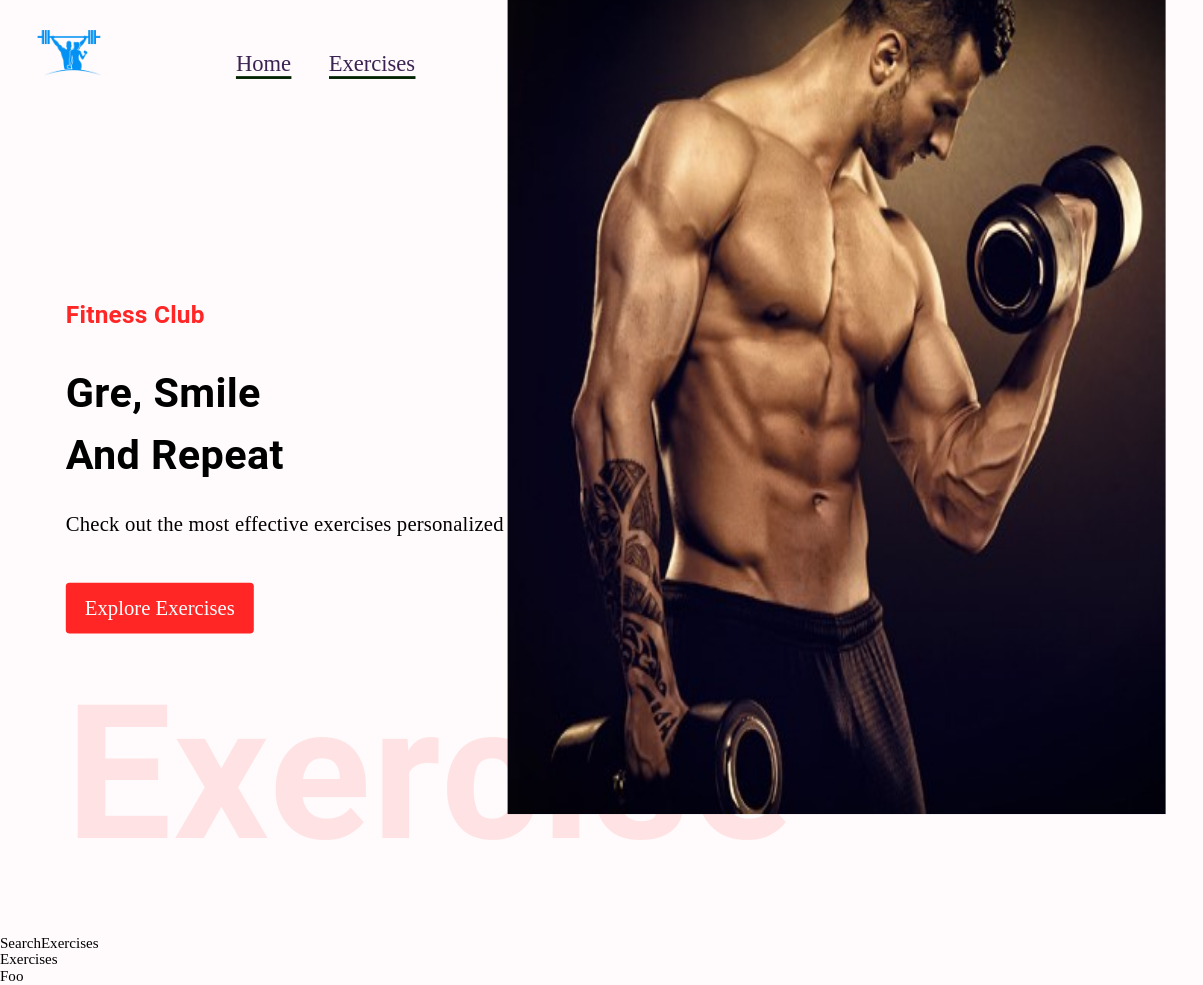
Repository: MhlengiNgubane/Workout-App
Page: /
These files come from the project's save history. The page is drawn as it stood at one moment and after the next save; the edit follows.
The browser window is 1280 px wide. The pictures show the whole page, at 94% of full size.
The project was rebuilt for these pictures with package versions that can differ from the ones it lists, and the page was loaded fresh each time. Also part of the build but not shown: src/pages/ExerciseDetail.js.

Above is the page before, as saved 2022-07-31 19:56:01.

### public/index.html
<!DOCTYPE html>
<html lang="en">
  <head>
    <meta charset="utf-8" />
    <link rel="icon" href="%PUBLIC_URL%/favicon.ico" />
    <meta name="viewport" content="width=device-width, initial-scale=1" />
    <meta name="theme-color" content="#000000" />
    <meta
      name="description"
      content="Web site created using create-react-app"
    />
    <link rel="apple-touch-icon" href="%PUBLIC_URL%/logo192.png" />
    <!--
      manifest.json provides metadata used when your web app is installed on a
      user's mobile device or desktop. See https://developers.google.com/web/fundamentals/web-app-manifest/
    -->
    <link rel="manifest" href="%PUBLIC_URL%/manifest.json" />
    <!--
      Notice the use of %PUBLIC_URL% in the tags above.
      It will be replaced with the URL of the `public` folder during the build.
      Only files inside the `public` folder can be referenced from the HTML.

      Unlike "/favicon.ico" or "favicon.ico", "%PUBLIC_URL%/favicon.ico" will
      work correctly both with client-side routing and a non-root public URL.
      Learn how to configure a non-root public URL by running `npm run build`.
    -->
    <title>MSN GYM</title>
  </head>
  <body>
    <noscript>You need to enable JavaScript to run this app.</noscript>
    <div id="root"></div>
    <!--
      This HTML file is a template.
      If you open it directly in the browser, you will see an empty page.

      You can add webfonts, meta tags, or analytics to this file.
      The build step will place the bundled scripts into the <body> tag.

      To begin the development, run `npm start` or `yarn start`.
      To create a production bundle, use `npm run build` or `yarn build`.
    -->
  </body>
</html>

### src/index.js
import React from 'react';
import ReactDOM from 'react-dom';
import App from './App';
import { BrowserRouter } from 'react-router-dom';

const root = ReactDOM.createRoot(document.getElementById('root'));

root.render(
    <React.StrictMode>
      <BrowserRouter>
        <App />
      </BrowserRouter>
    </React.StrictMode>,
  );

### src/components/Navbar.js
import React from 'react';
import { Link } from 'react-router-dom';
import { Stack } from '@mui/material';
import Logo from '../assets/images/Logo.png';

const Navbar = () => (
    <Stack direction="row" justifyContent="space-around" sx={{ gap: { sm: '123px', xs: '40px' }, mt: { sm: '32px', xs: '20px' }, justifyContent: 'none' }} px="20px">
        <Link to="/">
            <img src={Logo} alt="logo" style={{ width: '68px', height: '48px', margin: '0px 20px' }} />
        </Link>
        <Stack
            direction="row"
            gap="40px"
            fontFamily="Alegreya"
            fontSize="24px"
            alignItems="flex-end"
        >
            <Link to="/" style={{ textDecoration: 'none', color: '#3A2252', borderBottom: '3px solid #002300' }}>Home</Link>
            <a href="exercises" style={{ textDecoration: 'none', color: '#3A2252', borderBottom: '3px solid #002300' }}>Exercises</a>
        </Stack>
  </Stack>
);

export default Navbar;

### src/components/Footer.js
import React from 'react';

const Footer = () => {
    return (
        <div>Foo</div>
    )
};

export default Footer;

### src/components/Exercises.js
import React from 'react';

const Exercises = () => {
    return (
        <div>Exercises</div>
    )
};

export default Exercises;

### src/components/SearchExercises.js
import React from 'react';

const SearchExercises = () => {
    return (
        <div>SearchExercises</div>
    )
};

export default SearchExercises;

### src/components/HeroBanner.js
import React from 'react';
import { Box, Stack, Typography } from '@mui/material';

import HeroBannerImage from '../assets/images/banner.png';

const HeroBanner = () => (
  <Box sx={{ mt: { lg: '212px', xs: '70px' }, ml: { sm: '50px' } }} position="relative" p="20px">
    <Typography color="#FF2625" fontWeight="600" fontSize="26px">Fitness Club</Typography>
    <Typography fontWeight={700} sx={{ fontSize: { lg: '44px', xs: '40px' } }} mb="23px" mt="30px">
      Gre, Smile <br />
      And Repeat
    </Typography>
    <Typography fontSize="22px" fontFamily="Alegreya" lineHeight="35px">
      Check out the most effective exercises personalized to you
    </Typography>
    <Stack>
      <a href="#exercises" style={{ marginTop: '45px', textDecoration: 'none', width: '200px', textAlign: 'center', background: '#FF2625', padding: '14px', fontSize: '22px', textTransform: 'none', color: 'white', borderRadius: '4px' }}>Explore Exercises</a>
    </Stack>
    <Typography fontWeight={600} color="#FF2625" sx={{ opacity: '0.1', display: { lg: 'block', xs: 'none' }, fontSize: '200px' }}>
      Exercise
    </Typography>
    <img src={HeroBannerImage} alt="hero-banner" className="hero-banner-img" />
  </Box>
);

export default HeroBanner;

Loaded but not shown: src/App.js (common file); src/App.css (common file); src/pages/Home.js (common file)

After the next save:
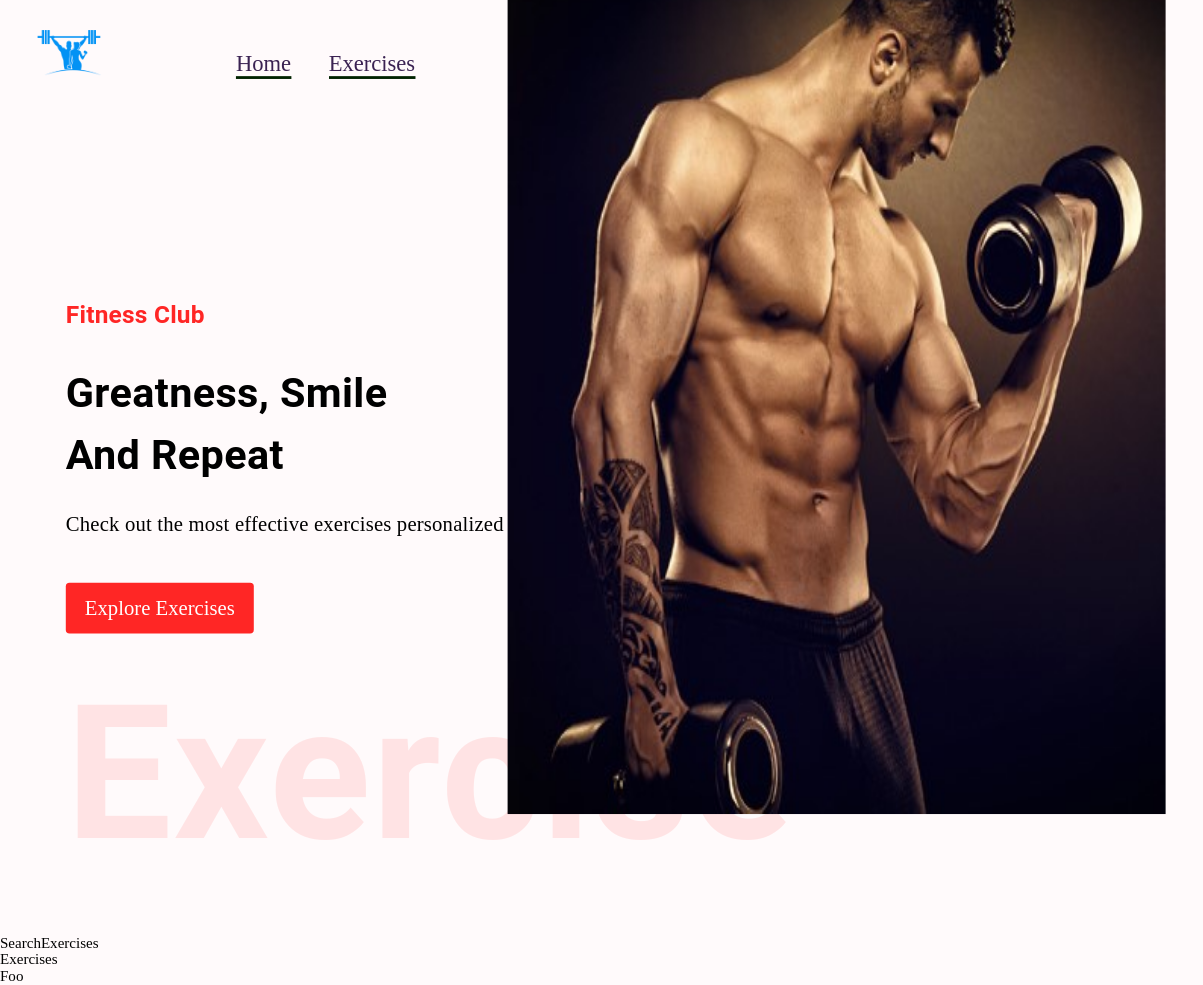
Saved 21 s later.
--- a/src/components/HeroBanner.js
+++ b/src/components/HeroBanner.js
@@ -7,7 +7,7 @@ const HeroBanner = () => (
   <Box sx={{ mt: { lg: '212px', xs: '70px' }, ml: { sm: '50px' } }} position="relative" p="20px">
     <Typography color="#FF2625" fontWeight="600" fontSize="26px">Fitness Club</Typography>
     <Typography fontWeight={700} sx={{ fontSize: { lg: '44px', xs: '40px' } }} mb="23px" mt="30px">
-      Gre, Smile <br />
+      Greatness, Smile <br />
       And Repeat
     </Typography>
     <Typography fontSize="22px" fontFamily="Alegreya" lineHeight="35px">
